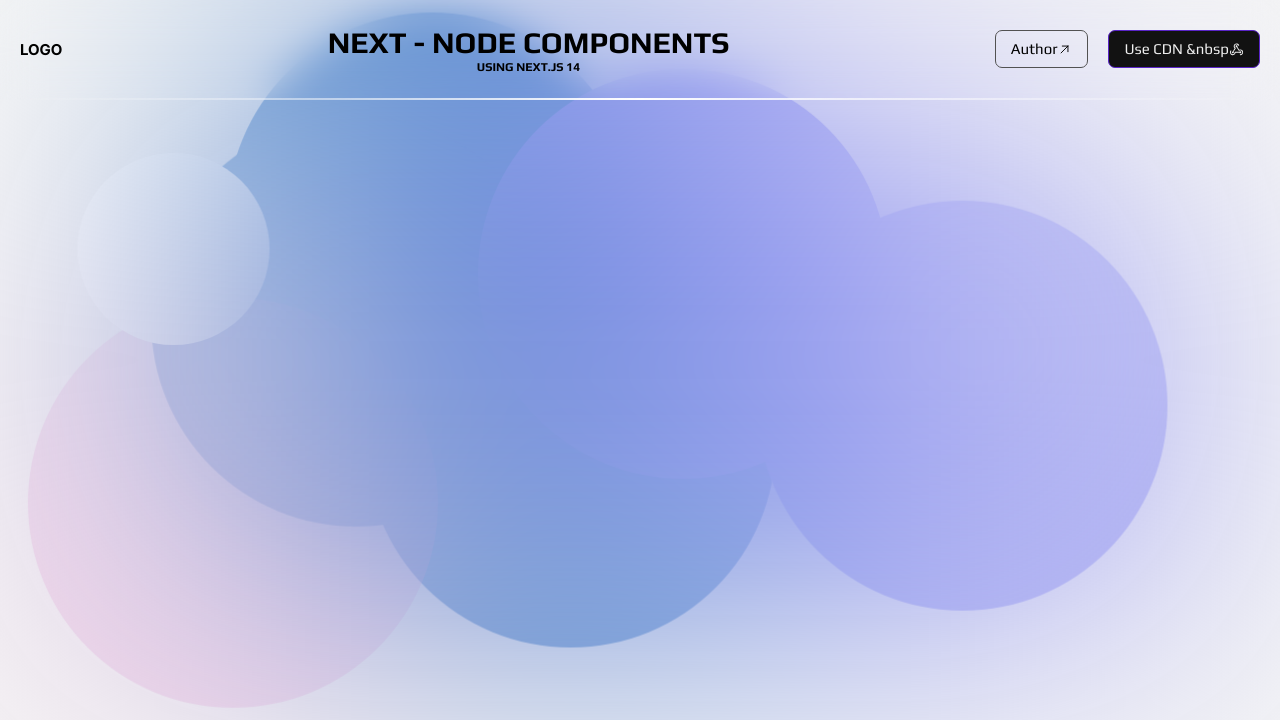
Repository: keval-gohil/komponents
Page: /
An editor plug-in stored every save of this project. The page is shown before and after the next save, followed by the edit.
The browser window is 1280 px wide. The pictures show the whole page.
Some web fonts or font styles are not loaded; a fallback is used. The project was rebuilt for these pictures with package versions that can differ from the ones it lists, and the page was loaded fresh each time. The framework's server and built-in components were replaced by stand-ins that run in the browser. Also part of the build but not shown: next.config.mjs.

Above is the page before, as saved 2024-03-07 13:06:38.

After the next save:
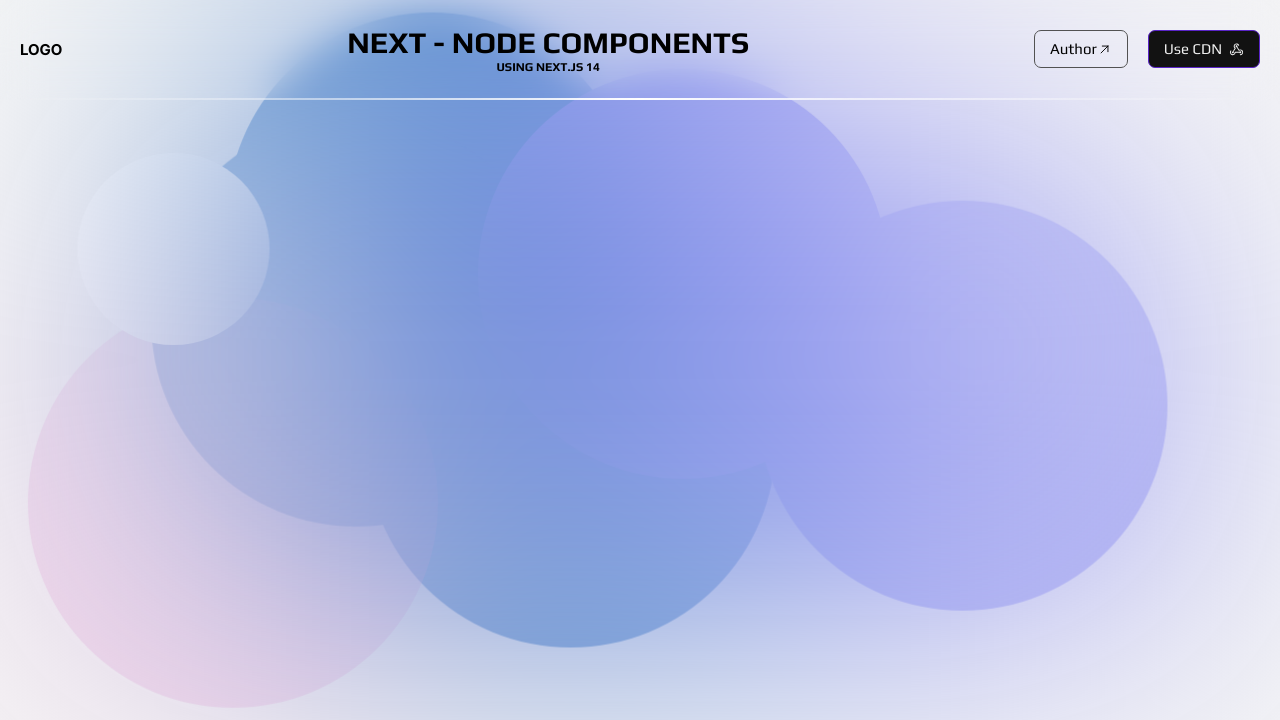
Saved 8 s later.
--- a/components/reuse/header.js
+++ b/components/reuse/header.js
@@ -9,7 +9,7 @@
             <h2>Next - Node Components<span>using Next.js 14</span></h2>
             <div>
               <button>Author <i className='mynaui--arrow-up-right'></i></button>
-              <button>Use CDN &nbsp<i className='ph--webhooks-logo'></i></button>
+              <button>Use CDN &nbsp;<i className='ph--webhooks-logo'></i></button>
             </div>
         </nav>
     </>
